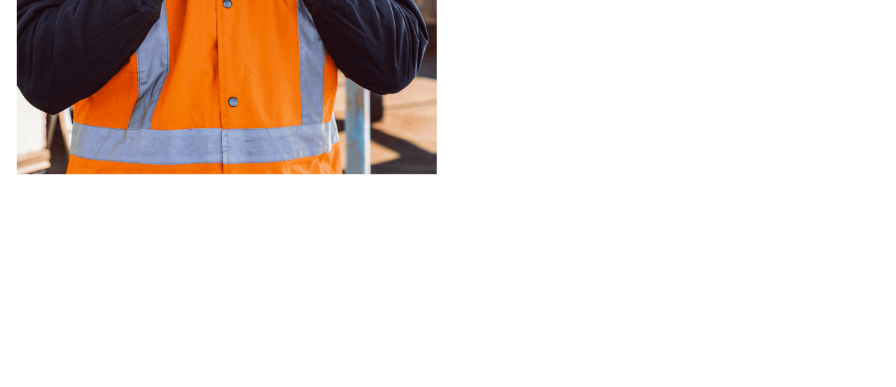
Repository: douglasabnovato/construction
Page: index.html
An editor plug-in stored every save of this project. The page is shown before and after the next save, followed by the edit.
The browser window is 1280 px wide. The pictures show the part of the page from y = 2796 to 4716 px (the page is 3349 px tall before and 4773 px after), at 70% of full size.

Above is the page before, as saved 2025-05-01 12:03:08.

### index.html
<!DOCTYPE html>
<html lang="en">
  <head>
    <meta charset="UTF-8" />
    <meta name="viewport" content="width=device-width, initial-scale=1.0" />

    <!--=============== FAVICON ===============-->
    <link
      rel="shortcut icon"
      href="assets/img/favicon.png"
      type="image/x-icon"
    />

    <!--=============== REMIXICONS ===============-->
    <link
      rel="stylesheet"
      href="https://cdnjs.cloudflare.com/ajax/libs/remixicon/4.2.0/remixicon.css"
    />

    <!--=============== SWIPER CSS ===============-->
    <link rel="stylesheet" href="" />

    <!--=============== CSS ===============-->
    <link rel="stylesheet" href="assets/css/styles.css" />

    <title>Construction</title>
  </head>
  <body>
    <!--==================== HEADER ====================-->
    <header class="header bg-header" id="header">
      <nav class="nav container">
        <a href="#" class="nav__logo">
          <i class="ri-bulding-3-line"></i>
          <span>Construct</span>
        </a>
        <div class="nav__menu" id="nav-menu">
          <u class="nav__list">
            <li>
              <a href="#home" class="nav__link">Home</a>
            </li>
            <li>
              <a href="#aboutus" class="nav__link"> About Us</a>
            </li>
            <li>
              <a href="#services" class="nav__link"> Services</a>
            </li>
            <li>
              <a href="#projects" class="nav__link"> Projects</a>
            </li>
            <li>
              <a href="#contactus" class="nav__link button"> Contact Us</a>
            </li>
          </u>
          <!-- Close Button -->
          <div class="nav__close" id="nav-close">
            <i class="ri-close-large-line"></i>
          </div>
        </div>
        <!-- Toggle menu -->
        <div class="nav__toggle" id="nav-toggle">
          <i class="ri-apps-2-line"></i>
        </div>
      </nav>
    </header>

    <!--==================== MAIN ====================-->
    <main class="main">
      <!--==================== HOME ====================-->
      <section class="home section" id="home">
        <img
          src="./assets/img/home-lines-bg.svg"
          alt="image"
          class="home__lines"
        />
        <div class="home__container container grid">
          <div class="home__container grid">
            <div class="home__data">
              <h1 class="home__title">
                Create The<br />
                Constructions<br />
                You Want Here
              </h1>
              <p class="home__description">
                We provide the best home design, construction and maintenance
                services for you and your family.
              </p>
              <div class="home__buttons">
                <a href="#services" class="button">Our Services</a>
                <a href="#projects" class="button__link"
                  ><span>View Projects</span> <i class="ri-arrow-right-line"></i
                ></a>
              </div>
            </div>
            <div class="home__info">
              <div>
                <h3 class="home__info-title">10+</h3>
                <p class="home__info-description">
                  Years of <br />
                  Experience
                </p>
              </div>
              <div>
                <h3 class="home__info-title">200</h3>
                <p class="home__info-description">
                  Complete <br />
                  Projects
                </p>
              </div>
            </div>
          </div>
          <div class="home__images">
            <img src="./assets/img/home-img-1.png" alt="imagem" />
            <img src="./assets/img/home-img-2.png" alt="imagem" />
          </div>
        </div>
      </section>

      <!--==================== ABOUT ====================-->
      <section class="about section" id="about">
        <div class="about__container container grid">
          <div class="about__data">
            <span class="section__subtitle">ABOUT US</span>
            <h2 class="section__title">
              We Provide The Best <br />
              Service To Build
            </h2>
            <p class="about__description">
              We strive to provide the best professionals to make your project a
              construction masterpiece, something unique and unmatched.
            </p>
            <ul class="about__list grid">
              <li class="about__list-item">
                <i class="ri-checkbox-circle-line"></i>
                <span>Professional workers</span>
              </li>
              <li class="about__list-item">
                <i class="ri-checkbox-circle-line"></i>
                <span>Guaranteed quality</span>
              </li>
              <li class="about__list-item">
                <i class="ri-checkbox-circle-line"></i>
                <span>Extensive experience</span>
              </li>
              <li class="about__list-item">
                <i class="ri-checkbox-circle-line"></i>
                <span>We quote your  project</span>
              </li>
            </ul>
            <a href="#" class="button">View Projects</a>
          </div>
          <div class="about__images">
            <img src="./assets/img/about-img-1.png" alt="image" class="about__img-1">
          </div>
        </div>
      </section>

      <!--==================== SERVICES ====================-->
      <section class="services section" id="services"></section>

      <!--==================== PROJECTS ====================-->
      <section class="projects section" id="projects"></section>

      <!--==================== CONTACT ====================-->
      <section class="contact section" id="contact"></section>
    </main>

    <!--==================== FOOTER ====================-->
    <footer class="footer"></footer>

    <!--========== SCROLL UP ==========-->

    <!--=============== SCROLLREVEAL ===============-->
    <script src=""></script>

    <!--=============== SWIPER JS ===============-->
    <script src=""></script>

    <!--=============== MAIN JS ===============-->
    <script src="assets/js/main.js"></script>
  </body>
</html>

### assets/css/styles.css
/*=============== GOOGLE FONTS ===============*/
@import url("https://fonts.googleapis.com/css2?family=Montserrat:wght@100..900&display=swap");

/*=============== VARIABLES CSS ===============*/
:root {
  --header-height: 3.5rem;

  /*========== Colors ==========*/
  /*Color mode HSL(hue, saturation, lightness)*/
  --first-color: hsl(18, 95%, 55%);
  --second-color: hsl(42, 98%, 52%);
  --first-gradient: linear-gradient(
    90deg,
    hsl(18, 95%, 55%),
    hsl(18, 98%, 64%)
  );
  --title-color: hsl(255, 12%, 12%);
  --text-color: hsl(225, 12%, 24%);
  --text-color-light: hsl(255, 4%, 70%);
  --body-color: hsl(0, 0%, 100%);
  --container-color: hsl(0, 0%, 100%);
  --white-color: hsl(0, 0%, 100%);
  --black-color: hsl(255, 20%, 10%);
  --gray-border: hsl(255, 6%, 90%);
  --black-border: hsl(255, 10%, 20%);

  /*========== Font and typography ==========*/
  /*.5rem = 8px | 1rem = 16px ...*/
  --body-font: "Montserrat", sans-serif;
  --big-font-size: 2.25rem;
  --h1-font-size: 1.5rem;
  --h2-font-size: 1.25rem;
  --h3-font-size: 1rem;
  --normal-font-size: 0.938rem;
  --small-font-size: 0.813rem;

  /*========== Font weight ==========*/
  --font-regular: 400;
  --font-medium: 500;
  --font-semi-bold: 600;
  --font-bold: 700;

  /*========== z index ==========*/
  --z-tooltip: 10;
  --z-fixed: 100;
}

/*========== Responsive typography ==========*/
@media screen and (min-width: 1150px) {
  :root {
    --big-font-size: 3.5rem;
    --h1-font-size: 2.25rem;
    --h2-font-size: 1.5rem;
    --h3-font-size: 1.25rem;
    --normal-font-size: 1rem;
    --small-font-size: 0.875rem;
  }
}

/*=============== BASE ===============*/
* {
  box-sizing: border-box;
  padding: 0;
  margin: 0;
}

html {
  scroll-behavior: smooth;
}

body {
  font-family: var(--body-font);
  font-size: var(--normal-font-size);
  background-color: var(--body-color);
  color: var(--text-color);
}

h1,
h2,
h3,
h4 {
  color: var(--title-color);
  font-weight: var(--font-semi-bold);
}

ul {
  list-style: none;
}

a {
  text-decoration: none;
}

img {
  display: block;
  max-width: 100%;
  height: auto;
}

/*=============== REUSABLE CSS CLASSES ===============*/
.container {
  max-width: 1120px;
  margin-inline: 1.5rem;
}

.grid {
  display: grid;
  gap: 1.5rem;
}

.section {
  padding-block: 5rem 1rem;
}
.section__title,
.section__subtitle {
  text-align: center;
}

.section__title {
  font-size: var(--h1-font-size);
  font-weight: var(--font-bold);
  margin-bottom: 1.5rem;
}

.section__subtitle {
  display: block;
  font-size: var(--normal-font-size);
  font-weight: var(--font-semi-bold);
  color: var(--second-color);
  margin-bottom: 0.5rem;
}

.main {
  overflow: hidden;
}

/*=============== HEADER & NAV ===============*/
.header {
  position: fixed;
  width: 100%;
  top: 0;
  left: 0;
  background-color: transparent;
  z-index: var(--z-fixed);
  transition: background-color .4s;
}

.nav {
  position: relative;
  height: var(--header-height);
  display: flex;
  justify-content: space-between;
  align-items: center;
}

.nav__logo {
  display: flex;
  align-items: center;
  column-gap: 0.25rem;
}

.nav__logo span {
  color: var(--white-color);
  font-weight: var(--font-semi-bold);
  transition: color 0.4s;
}

.nav__logoi i {
  color: var(--first-color);
  font-size: 1.5rem;
}

.nav__toggle,
.nav__close {
  font-size: 1.5rem;
  color: var(--white-color);
  cursor: pointer;
  transition: color 0.4s;
}

/* Navigation for mobile devices */
@media screen and (max-width: 1150px) {
  .nav__menu {
    position: fixed;
    top: 0;
    right: -100%;
    background-color: var(--black-color);
    width: 80%;
    height: 100%;
    padding: 7.5rem 3.5rem 0;
    border-left: 2px solid var(--black-border);
    transition: right 0.4s;
  }
}

.nav__list {
  display: flex;
  flex-direction: column;
  row-gap: 4rem;
}

.nav__link {
  color: var(--text-color-light);
  font-weight: var(--font-semi-bold);
  transition: color 0.4s;
}

.nav__link:hover {
  color: var(--first-color);
}

.nav__close {
  position: absolute;
  top: 1rem;
  right: 1.5rem;
}

/* Show menu */
.show-menu {
  right: 0;
}

/* Change background header */
.bg-header{
  background-color: var(--body-color);
  box-shadow: 0 4px 16px hsla(255, 90%, 8%, .1);
}

.bg-header .nav__logo span,
.bg-header .nav__toggle{
  color: var(--title-color);
}

/* Active link */

/*=============== HOME ===============*/
.home {
  position: relative;
  background-color: var(--black-color);
}

.home__container {
  position: relative;
  row-gap: 3rem;
  padding-block: 2.5rem 6rem;
}

.home__content {
  row-gap: 2.5rem;
}

.home__data {
  text-align: center;
}

.home__title {
  color: var(--white-color);
  font-size: var(--big-font-size);
  font-weight: var(--font-bold);
  margin-bottom: 1rem;
}

.home__description{
  margin-bottom: 2.5rem;
  color: var(--text-color-light);
}

.home_buttons{
  display: flex;
  justify-content: center;
  align-items: center;
  gap: 1rem;
}

.home__info{
  display: flex;
  justify-content: center;
  column-gap: 4.5rem;
}

.home__info-title{
  color: var(--second-color);
  font-size: var(--big-font-size);
  font-weight: var(--font-bold);
  margin-bottom: .5rem;
}

.home__info-description{
  font-size: var(--small-font-size);
  color: var(--white-color);
}

.home__images{
  position: relative;
  justify-self: center;
}

.home__img-1{
  width: 250px;
  margin-left: 3.5rem;
}

.home__img-2{
  width: 150px;
  border: 5px solid var(--black-color);
  position: absolute;
  left: 0;
  bottom: -3.5rem;
}

.home__lines{
  position: absolute;
  top: 0;
  left: 0;
  width: 100%;
  height: 100%;
  object-fit: cover;
  object-position: right;
}

/*=============== BUTTON ===============*/
.button {
  display: inline-flex;
  background: var(--first-gradient);
  color: var(--white-color);
  font-weight: var(--font-semi-bold);
  padding: 1rem 2rem;
  transition: box-shadow .4s;
}

.button:hover{
  box-shadow: 0 8px 32px hsla(18, 95%, 55%, .3);
  color: var(--white-color);
}

.button__link {
  display: flex;
  align-items: center;
  column-gap: .25rem;
  color: var(--first-color);
}

.button__link span{
  font-weight: var(--font-semi-bold);
}

.button__link i {
  font-size: 1.5rem;
  transition: transform .4s;
}

.button__link:hover i {
  transform: translateX(.25rem)
}

/*=============== ABOUT ===============*/

/*=============== SERVICES ===============*/

/* Swiper class */

/*=============== PROJECTS ===============*/

/*=============== CONTACT ===============*/

/*=============== FOOTER ===============*/

/*=============== SCROLL BAR ===============*/

/*=============== SCROLL UP ===============*/

/* Show Scroll Up */

/*=============== BREAKPOINTS ===============*/
/* For small devices */

/* For medium devices */

/* For large devices */

### assets/js/main.js
/*=============== SHOW MENU ===============*/
const navMenu = document.getElementById('nav-menu'),
      navToggle = document.getElementById('nav-toggle'),
      navClose = document.getElementById('nav-close')

/* Menu show */
if(navToggle){
    navToggle.addEventListener('click', () =>{
        navMenu.classList.add('show-menu')
    })
}

/* Menu hidden */
if(navClose){
    navClose.addEventListener('click', () =>{
        navMenu.classList.remove('show-menu')
    })
}

/*=============== REMOVE MENU MOBILE ===============*/
const navLink = document.querySelectorAll('.nav__link')

const linkAction = () =>{
    const navMenu = document.getElementById('nav-menu')
    // When we click on each nav__link, we remove the show-menu class
    navMenu.classList.remove('show-menu')
}
navLink.forEach(n => n.addEventListener('click', linkAction))


/*=============== CHANGE BACKGROUND HEADER ===============*/
const bgHeader = () =>{
    const header = document.getElementById('header')
    // Add a class if the bottom offset is greater than 50 of the viewport
    this.scrollY >= 50 ? header.classList.add('bg-header')
                       : header.classList.remove('bg-header')
}
window.addEventListener('scroll', bgHeader)
bgHeader()

/*=============== SWIPER SERVICES ===============*/

/*=============== SHOW SCROLL UP ===============*/

/*=============== SCROLL SECTIONS ACTIVE LINK ===============*/

/*=============== SCROLL REVEAL ANIMATION ===============*/

After the next save:
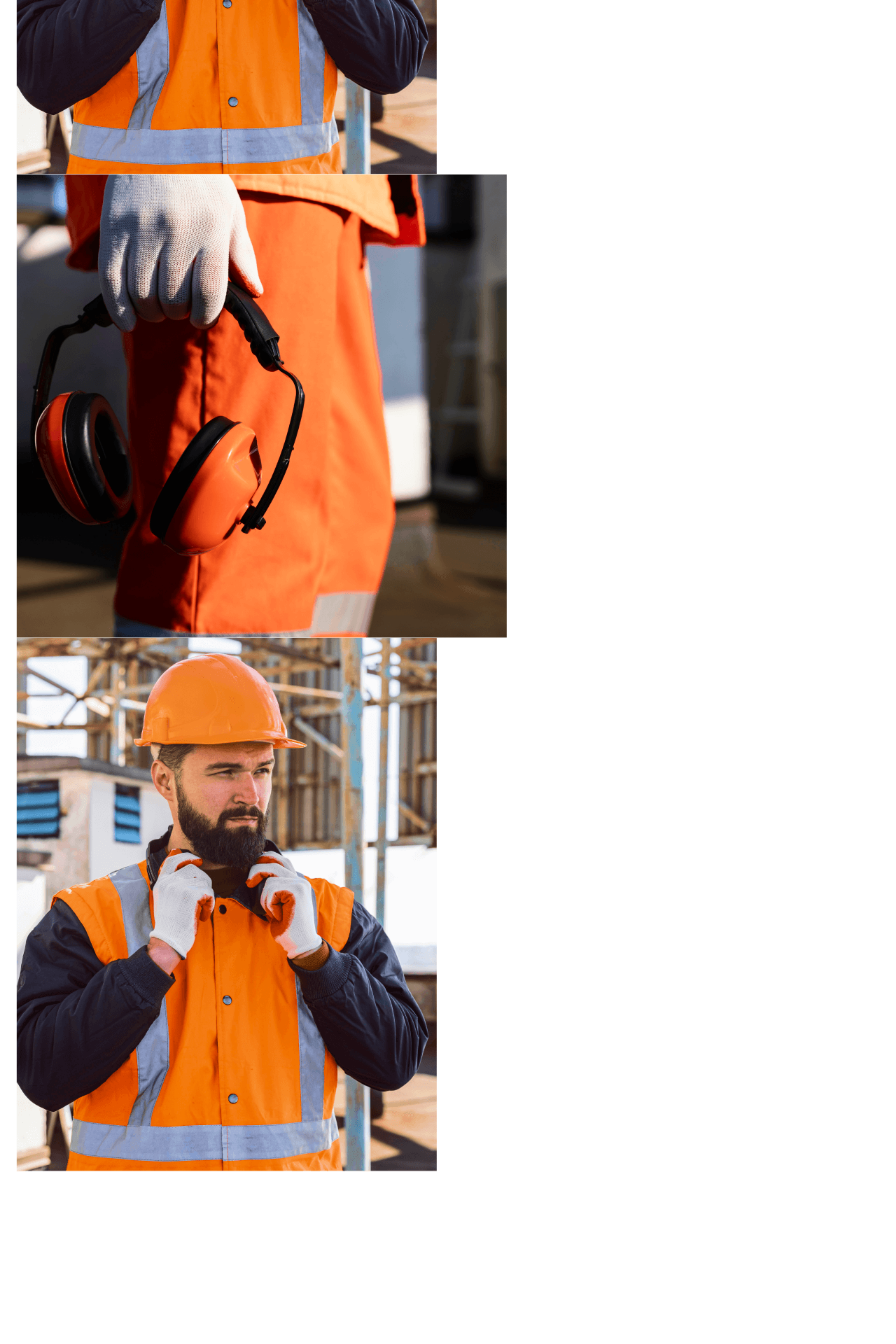
Saved 15 s later.
--- a/index.html
+++ b/index.html
@@ -150,6 +150,8 @@
           </div>
           <div class="about__images">
             <img src="./assets/img/about-img-1.png" alt="image" class="about__img-1">
+            <img src="./assets/img/about-img-2.png" alt="image" class="about__img-2">
+            <img src="./assets/img/about-img-1.png" alt="image" class="about__img-1">
           </div>
         </div>
       </section>
